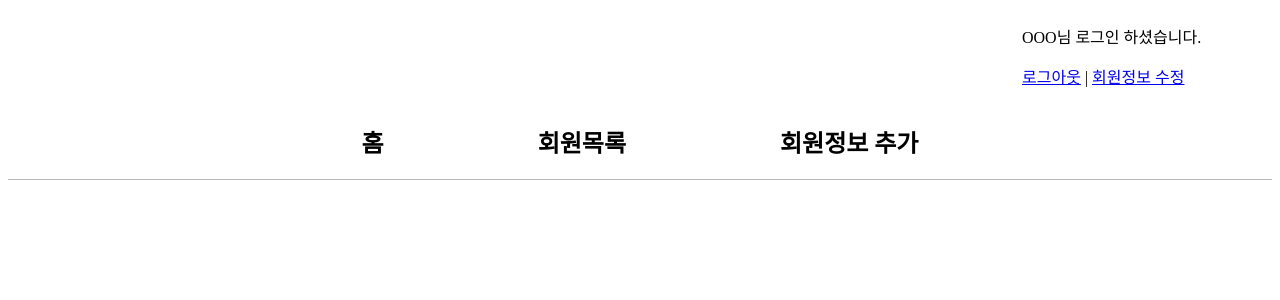
Repository: cdnwell/Jsp
Page: http://localhost/MemberProject/main.jsp
An editor plug-in stored every save of this project. The page is shown before and after the next save, followed by the edit.
The browser window is 1280 px wide. The pictures show the whole page.
The page is served by Tomcat 9. Other server files are loaded and not shown.

Above is the page before, as saved 2022-07-05 06:47:26.

### MemberProject/src/main/webapp/main.jsp
<%@ page language="java" contentType="text/html; charset=UTF-8"
    pageEncoding="UTF-8"%>
<!DOCTYPE html>
<html>
<head>
<meta charset="UTF-8">
<title>Insert title here</title>
<style>
	.container{
		width : 100%;
		display : flex;
		flex-direction: column;
	}
	.login_box{
		width:250px;
		align-self:flex-end;
	}
	.main_menu{
		width:100%;
		border-bottom : 1px solid #b7b7b7;
		text-align : center;
	}
	h2{
		display : inline-block;
		padding : 0px 75px;
	}
</style>
</head>
<body>
	<div class="container">
	<div class="login_box">
		<p>OOO님 로그인 하셨습니다.</p>
		<p><a href="logout.do">로그아웃</a> | <a href="#">회원정보 수정</a></p>
	</div>
	<div class="main_menu">
		<h2>홈</h2>
		<h2>회원목록</h2>
		<h2>회원정보 추가</h2>
	</div>
	</div>
</body>
</html>

After the next save:
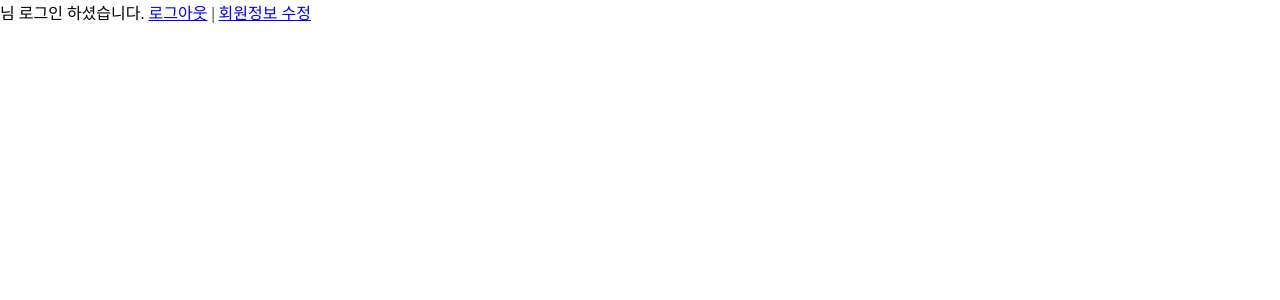
Saved 17 min 7 s later.
--- a/MemberProject/src/main/webapp/main.jsp
+++ b/MemberProject/src/main/webapp/main.jsp
@@ -6,37 +6,27 @@
 <meta charset="UTF-8">
 <title>Insert title here</title>
 <style>
+	*{
+		margin : 0;
+		padding : 0;
+	}
+
 	.container{
-		width : 100%;
+		width : 1200px;
 		display : flex;
-		flex-direction: column;
-	}
-	.login_box{
-		width:250px;
-		align-self:flex-end;
-	}
-	.main_menu{
-		width:100%;
-		border-bottom : 1px solid #b7b7b7;
-		text-align : center;
-	}
-	h2{
-		display : inline-block;
-		padding : 0px 75px;
+		flex-direction : column;
 	}
 </style>
 </head>
 <body>
 	<div class="container">
-	<div class="login_box">
-		<p>OOO님 로그인 하셨습니다.</p>
-		<p><a href="logout.do">로그아웃</a> | <a href="#">회원정보 수정</a></p>
-	</div>
-	<div class="main_menu">
-		<h2>홈</h2>
-		<h2>회원목록</h2>
-		<h2>회원정보 추가</h2>
-	</div>
+		<header>
+			<div>
+				${sessionScope.dto.name }님 로그인 하셨습니다.
+				<a href="logout.do">로그아웃</a> |
+				<a href="#">회원정보 수정</a>
+			</div>
+		</header>
 	</div>
 </body>
 </html>
